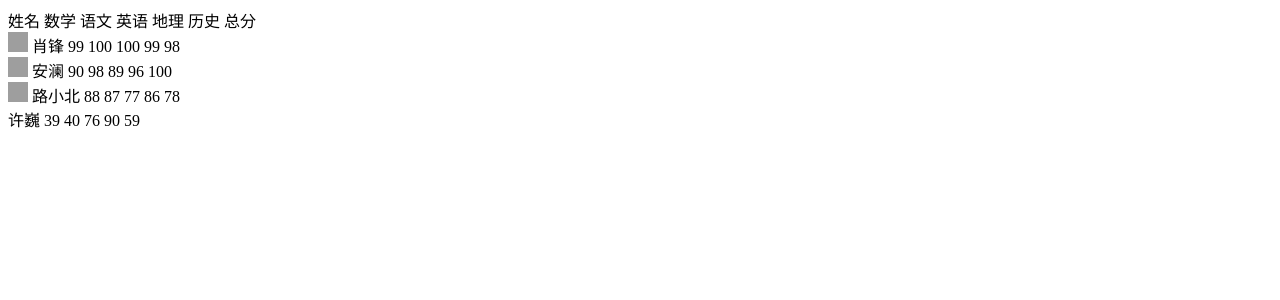
Repository: saswhite/banyuan-class
Page: 9.7作业/index.html
These files come from the project's save history. The page is drawn as it stood at one moment and after the next save; the edit follows.
The browser window is 1280 px wide. The pictures show the whole page.
Pictures or frames that could not be fetched are drawn as grey boxes.

Above is the page before, as saved 2020-09-07 19:23:31.

### 9.7作业/index.html
<!DOCTYPE html>
<html lang="en">

<head>
    <meta charset="UTF-8">
    <meta name="viewport" content="width=device-width, initial-scale=1.0">
    <title>Score</title>
    <style>
        .img img {
            width: 20px;
            height: 20px;
        }

        th {
            display: inline-block;
            width: 50px;
        }

        td {
            display: inline-block;
            width: 50px;
        }
    </style>

</head>

<body>
    <div id="app">

    </div>
</body>
<script src="https://cdn.jsdelivr.net/npm/vue/dist/vue.js"></script>
<script>
    // function sortByKey(array, key) {
    //     return array.sort((a, b) => {
    //         let x = a[key]
    //         let y = b[key]
    //         return (x < y) ? 1 : ((x > y) ? -1 : 0)
    //     })
    // }

    let app = new Vue({
        el: '#app',
        template: `<div>
            <div>
                <span></span>
                <span>姓名</span>
                <span>数学</span>
                <span>语文</span>
                <span>英语</span>
                <span>地理</span>
                <span>历史</span>
                <span>总分</span>
            </div>
            <template v-for="(item,index) in list">
                <div>
                    <span class="img">
                        <img src="./第一名.jpg" alt="" v-if="index == 0">
                        <img src="./第二名.jpeg" alt="" v-else-if="index == 1">
                        <img src="./第三名.jpeg" alt="" v-else-if="index == 2">
                        <div v-else></div>
                    </span>
                    <span>
                        {{ item.name }}
                    </span>
                        <template v-for="itemScore in item.score">
                            <span>{{ itemScore.math }}</span>
                            <span>{{ itemScore.chinese }}</span>
                            <span>{{ itemScore.english }}</span>
                            <span>{{ itemScore.geography }}</span>
                            <span>{{ itemScore.history }}</span>
                        </template>

                    <span>
                        {{ item.allScore }}
                    </span>
                </div>
            </template>

        </div>`,
        data: {
            list: [
                {
                    name: '肖锋',
                    score: [{
                        math: 99, chinese: 100, english: 100, geography: 99, history: 98
                    }],
                    allCount: 496
                },
                {
                    name: '安澜',
                    score: [{
                        math: 90, chinese: 98, english: 89, geography: 96, history: 100
                    }],
                    allCount: 473
                },
                {
                    name: '路小北',
                    score: [{
                        math: 88, chinese: 87, english: 77, geography: 86, history: 78
                    }],
                    allCount: 416
                },
                {
                    name: '许巍',
                    score: [{
                        math: 39, chinese: 40, english: 76, geography: 90, history: 59
                    }],
                    allCount: 304
                },
            ]

        },
        // computed: {
        //     sortByAllCount: function () {
        //         return sortByKey(this.list, 'allCount')
        //     }
        // },
    })
</script>

</html>

After the next save:
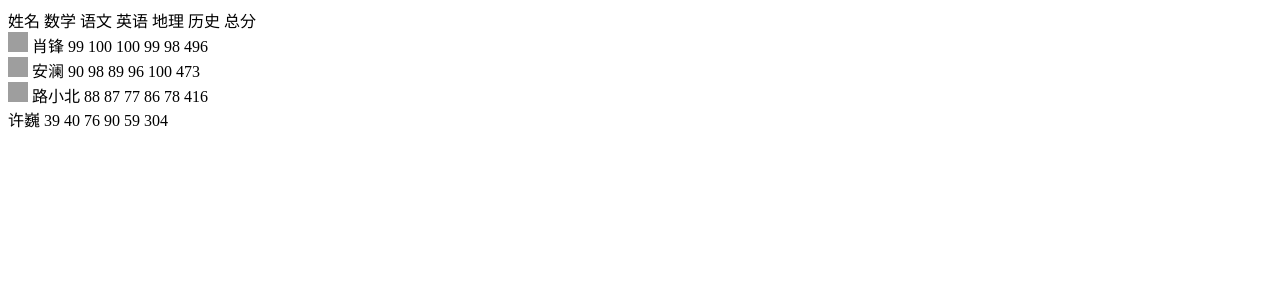
Saved 25 s later.
--- a/9.7作业/index.html
+++ b/9.7作业/index.html
@@ -72,7 +72,7 @@
                         </template>
 
                     <span>
-                        {{ item.allScore }}
+                        {{ item.allCount }}
                     </span>
                 </div>
             </template>
